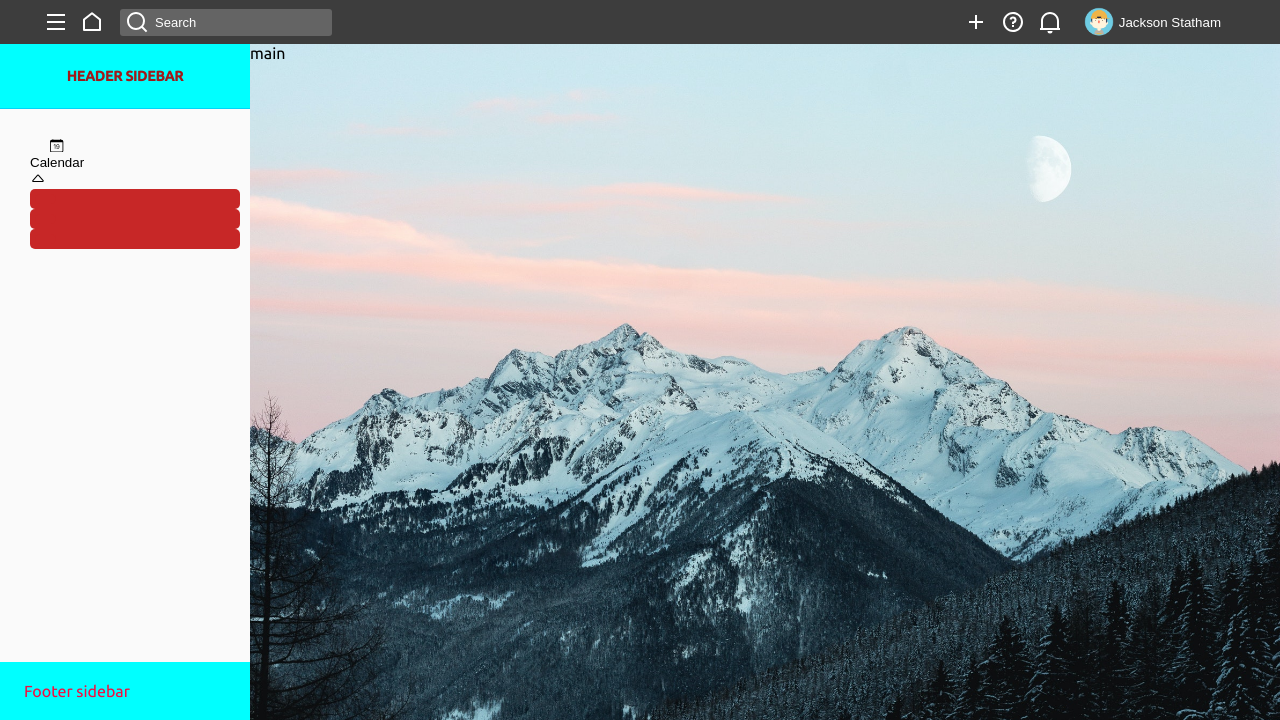
Repository: huuthe1999/to-do-list
Page: /
The author's editor kept a copy of each file at every save. The page is drawn from the files as they stood at one save, then again after the next save.
The browser window is 1280 px wide. The pictures show the whole page.
The project was rebuilt for these pictures with package versions that can differ from the ones it lists, and the page was loaded fresh each time. Also part of the build but not shown: src/components/form/addForm/addForm.scss, src/components/form/addForm/AddForm.js, src/components/modal/modal.scss, src/components/modal/Modal.js.

Above is the page before, as saved 2022-02-17 14:01:24.

### public/index.html
<!DOCTYPE html>
<html lang="en">
	<head>
		<meta charset="utf-8" />
		<link rel="icon" href="%PUBLIC_URL%/favicon.ico" />
		<meta name="viewport" content="width=device-width, initial-scale=1" />
		<meta name="theme-color" content="#000000" />
		<meta
			name="description"
			content="Web site created using create-react-app"
		/>
		<link rel="apple-touch-icon" href="%PUBLIC_URL%/logo192.png" />
		<!--
      manifest.json provides metadata used when your web app is installed on a
      user's mobile device or desktop. See https://developers.google.com/web/fundamentals/web-app-manifest/
    -->
		<link rel="manifest" href="%PUBLIC_URL%/manifest.json" />
		<!--
      Notice the use of %PUBLIC_URL% in the tags above.
      It will be replaced with the URL of the `public` folder during the build.
      Only files inside the `public` folder can be referenced from the HTML.

      Unlike "/favicon.ico" or "favicon.ico", "%PUBLIC_URL%/favicon.ico" will
      work correctly both with client-side routing and a non-root public URL.
      Learn how to configure a non-root public URL by running `npm run build`.
    -->
		<title>React Redux App</title>
	</head>
	<body>
		<noscript>You need to enable JavaScript to run this app.</noscript>
		<div id="modal"></div>
		<div id="root"></div>
		<!--
      This HTML file is a template.
      If you open it directly in the browser, you will see an empty page.

      You can add webfonts, meta tags, or analytics to this file.
      The build step will place the bundled scripts into the <body> tag.

      To begin the development, run `npm start` or `yarn start`.
      To create a production bundle, use `npm run build` or `yarn build`.
    --></body>
</html>

### src/index.js
import React from 'react';
import ReactDOM from 'react-dom';
import { Provider } from 'react-redux';
import App from './App';
import { store } from './app/store';

ReactDOM.render(
	<React.StrictMode>
		<Provider store={store}>
			<App />
		</Provider>
	</React.StrictMode>,
	document.getElementById('root'),
);

### src/App.js
import React from 'react';
// import { Counter } from './features/counter/Counter';
import './App.scss';
import Main from './components/main/Main';
import SideBar from './components/sideBar/SideBar';
import TopBar from './components/topBar/TopBar';
function App() {
	return (
		<div className='app'>
			<TopBar />
			<div className='container'>
				<SideBar />
				<Main />
			</div>
		</div>
	);
}

export default App;

### src/App.scss
@import url('https://fonts.googleapis.com/css2?family=Ubuntu:wght@300;400;500&display=swap');
*,
*::before,
*::after {
	margin: 0;
	padding: 0;
	box-sizing: border-box;
}

:root {
	--icon-color: #fff;
	--icon-size: 40px;

	--bg: rgb(53, 42, 42);
	--bg-input: hsla(0, 0%, 100%, 0.2);
	// Header
	--hd-text-color: #ffffff;
	--hd-icon-color-hover: #202020;
}

.app {
	font-family: 'Ubuntu', sans-serif;
	font-size: 16px;
	width: 100vw;
	height: 100vh;
	background-color: var(--bg);
	overflow: hidden;
}

.container {
	display: flex;
	height: calc(100% - 44px);
}

button {
	border: none;
	outline: none;
	cursor: pointer;
	background-color: transparent;
}

a {
	text-decoration: none;
}

ul {
	list-style-type: none;
}

### src/components/main/Main.js
import './main.scss';

const Main = () => {
	return <div className='main'>main</div>;
};

export default Main;

### src/components/sideBar/SideBar.js
import Calendar from '../calendar/Calendar';
import './sideBar.scss';

const SideBar = () => {
	return (
		<div className='sidebar'>
			<div className='sidebar__inner'>
				<div className='sidebar__layout'>
					<div className='sidebar__layout-header'>
						<p>Header sidebar</p>
					</div>
					<div className='sidebar__layout-content'>
						<Calendar />
					</div>
					<div className='sidebar__layout-footer'>Footer sidebar</div>
				</div>
			</div>
		</div>
	);
};

export default SideBar;

### src/components/topBar/TopBar.js
import { useState } from 'react';
import {
	RiAddLine,
	RiHomeLine,
	RiMenuLine,
	RiNotification2Line,
	RiQuestionLine,
	RiSearchLine,
} from 'react-icons/ri';
import Avatar from '../../assets/images/avatar.png';
import AddForm from '../form/addForm/AddForm';
import Modal from '../modal/Modal';
import './topbar.scss';
const TopBar = () => {
	const [modal, setShowModal] = useState(false);
	return (
		<header className='topbar'>
			<div className='topbar__inner'>
				<div className='topbar__inner-leftControl'>
					<button className='topbar__button leftControl'>
						<RiMenuLine className='topbar__button-icon' />
					</button>

					<button className='topbar__button leftControl'>
						<RiHomeLine className='topbar__button-icon' />
					</button>
					<div className='topbar__inner-leftControl-search'>
						<RiSearchLine className='topbar__button-icon topbar__button-icon-search' />
						<input type='text' placeholder='Search' />
					</div>
				</div>
				<div className='topbar__inner-rightControl'>
					<Modal showModal={modal} setShowModal={setShowModal}>
						<AddForm setShowModal={setShowModal} />
					</Modal>
					<button className='topbar__button rightControl'>
						<RiAddLine
							className='topbar__button-icon'
							onClick={() => setShowModal(true)}
						/>
					</button>
					<button className='topbar__button rightControl'>
						<RiQuestionLine className='topbar__button-icon' />
					</button>
					<button className='topbar__button rightControl'>
						<RiNotification2Line className='topbar__button-icon' />
					</button>
					<button className='topbar__button info'>
						<img src={Avatar} alt='avatar' />
						<p>Jackson Statham</p>
					</button>
				</div>
			</div>
		</header>
	);
};

export default TopBar;

### src/features/counter/counterSlice.js
import { createAsyncThunk, createSlice } from '@reduxjs/toolkit';
import { fetchCount } from './counterAPI';

const initialState = {
  value: 0,
  status: 'idle',
};

// The function below is called a thunk and allows us to perform async logic. It
// can be dispatched like a regular action: `dispatch(incrementAsync(10))`. This
// will call the thunk with the `dispatch` function as the first argument. Async
// code can then be executed and other actions can be dispatched. Thunks are
// typically used to make async requests.
export const incrementAsync = createAsyncThunk(
  'counter/fetchCount',
  async (amount) => {
    const response = await fetchCount(amount);
    // The value we return becomes the `fulfilled` action payload
    return response.data;
  }
);

export const counterSlice = createSlice({
  name: 'counter',
  initialState,
  // The `reducers` field lets us define reducers and generate associated actions
  reducers: {
    increment: (state) => {
      // Redux Toolkit allows us to write "mutating" logic in reducers. It
      // doesn't actually mutate the state because it uses the Immer library,
      // which detects changes to a "draft state" and produces a brand new
      // immutable state based off those changes
      state.value += 1;
    },
    decrement: (state) => {
      state.value -= 1;
    },
    // Use the PayloadAction type to declare the contents of `action.payload`
    incrementByAmount: (state, action) => {
      state.value += action.payload;
    },
  },
  // The `extraReducers` field lets the slice handle actions defined elsewhere,
  // including actions generated by createAsyncThunk or in other slices.
  extraReducers: (builder) => {
    builder
      .addCase(incrementAsync.pending, (state) => {
        state.status = 'loading';
      })
      .addCase(incrementAsync.fulfilled, (state, action) => {
        state.status = 'idle';
        state.value += action.payload;
      });
  },
});

export const { increment, decrement, incrementByAmount } = counterSlice.actions;

// The function below is called a selector and allows us to select a value from
// the state. Selectors can also be defined inline where they're used instead of
// in the slice file. For example: `useSelector((state: RootState) => state.counter.value)`
export const selectCount = (state) => state.counter.value;

// We can also write thunks by hand, which may contain both sync and async logic.
// Here's an example of conditionally dispatching actions based on current state.
export const incrementIfOdd = (amount) => (dispatch, getState) => {
  const currentValue = selectCount(getState());
  if (currentValue % 2 === 1) {
    dispatch(incrementByAmount(amount));
  }
};

export default counterSlice.reducer;

### src/components/main/main.scss
.main {
	width: 100%;
	height: 100%;
	background-image: url(../../assets/images/bg_main.jpg);
	background-repeat: no-repeat;
	background-size: cover;
	overflow-y: auto;
}

### src/components/calendar/Calendar.js
import React from 'react';
import { BsCalendarDate, BsCaretUp } from 'react-icons/bs';
import CalendarItem from './calendarItem/CalendarItem';

const calendarList = [
	{ id: 1, name: 'Today' },
	{ id: 2, name: 'Tomorrow' },
	{ id: 3, name: 'Next Week' },
];
const Calendar = () => {
	return (
		<div className='calendar'>
			<div className='calendar__header'>
				<button className='calendar__header--title'>
					<BsCalendarDate />
					<p>Calendar</p>
				</button>
				<div className='calendar__header--expand'>
					<span>
						<BsCaretUp />
					</span>
				</div>
			</div>
			<div className='calendar__content'>
				<div className='calendar__content--wrapper'>
					<div className='calendar__content--wrapper--inner'>
						<ul className='calendar__content--list'>
							{calendarList.map(({ id, name }) => (
								<CalendarItem key={id} name={name} />
							))}
						</ul>
					</div>
				</div>
			</div>
		</div>
	);
};

export default Calendar;

### src/components/sideBar/sideBar.scss
.sidebar {
	position: relative;
	z-index: 109;
	height: 100%;
	background-color: aqua;
	min-width: 250px;
	width: 300px;
	transition: all 0.3s cubic-bezier(0.4, 0, 0.2, 1);

	&__inner {
		height: 100%;
		position: relative;
		z-index: 101;
	}

	&__layout {
		height: 100%;
		overflow-y: auto;
		overflow-x: hidden;
		display: flex;
		flex-direction: column;
		position: relative;
		z-index: 101;

		&-header {
			border-bottom: 1px solid rgba(8, 41, 228, 0.2);

			p {
				text-align: center;
				color: rgb(160, 25, 25);
				padding: 24px;
				font-weight: bold;
				font-size: 14px;
				text-transform: uppercase;
			}
		}

		&-content {
			flex-grow: 1;
			padding: 30px 10px 30px 30px;
			background-color: #fafafa;
		}

		&-footer {
			padding: 20px 24px;
			color: rgb(245, 12, 62);
		}
	}
}

### src/components/topBar/topbar.scss
.topbar {
	display: flex;
	justify-content: center;
	align-items: center;
	background-color: #3d3d3d;
	flex-shrink: 0;
	padding: 0px 42px;
	font-size: 13px;
	color: #202020;
	height: 44px;

	&__inner {
		display: flex;
		justify-content: space-between;
		background-color: transparent;
		width: 100%;
		height: 100%;

		&-leftControl {
			display: flex;
			align-items: center;
			justify-content: flex-start;

			&-search {
				display: flex;
				align-items: center;
				position: relative;
				margin-left: 6px;

				&:hover {
					input {
						background-color: var(--hd-text-color);
						&::placeholder {
							color: var(--hd-icon-color-hover);
						}
					}
					* {
						color: var(--hd-icon-color-hover);
					}
				}

				input {
					font-size: 13px;
					color: var(--hd-text-color);
					background-color: var(--bg-input);
					outline: 0;
					border-radius: 3px;
					border: 1px solid transparent;
					padding: 5px 0 5px 34px;
					transition: all 0.15s cubic-bezier(0.4, 0, 0.2, 0.1);
					transition-property: background-color;

					&::placeholder {
						color: var(--hd-text-color);
					}
				}
			}
		}

		&-rightControl {
			display: flex;
			align-items: center;
			height: 44px;
			padding: 0px 12px;

			img {
				width: 100%;
				height: 100%;
			}
		}
	}

	&__button {
		display: flex;
		justify-content: center;
		align-items: center;
		border-radius: 3px;

		&:hover {
			background-color: var(--bg-input);
		}

		&.leftControl {
			height: 28px;
			min-width: 28px;
			margin-right: 8px;
		}

		&.rightControl {
			height: 32px;
			min-width: 32px;
			margin-left: 5px;
		}

		&.info {
			height: 100%;
			color: var(--hd-text-color);
			margin-left: 8px;
			padding: 0px 5px;
			img {
				width: 40px;
				height: 40px;
			}
		}
		&-icon {
			font-size: 24px;
			color: var(--icon-color);

			&-search {
				position: absolute;
				left: 5px;
				top: 50%;
				transform: translateY(-50%);
				color: var(--icon-color);
			}
		}
	}
}

### src/components/calendar/calendarItem/CalendarItem.js
import './calendarItem.scss';

const CalendarItem = ({ name }) => {
	return (
		<li className='calendar__content--item'>
			<span className='calendar__content--item-icon'></span>
			<span className='calendar__content--item'></span>
		</li>
	);
};

export default CalendarItem;

### src/components/calendar/calendarItem/calendarItem.scss
.calendar__content--item {
	border-radius: 5px;
	display: flex;
	align-items: center;
	padding: 5px 16px 5px 5px;
	cursor: pointer;
	background-color: rgb(199, 39, 39);
}

Loaded but not shown: src/app/store.js (common file); src/features/counter/counterAPI.js (common file)

After the next save:
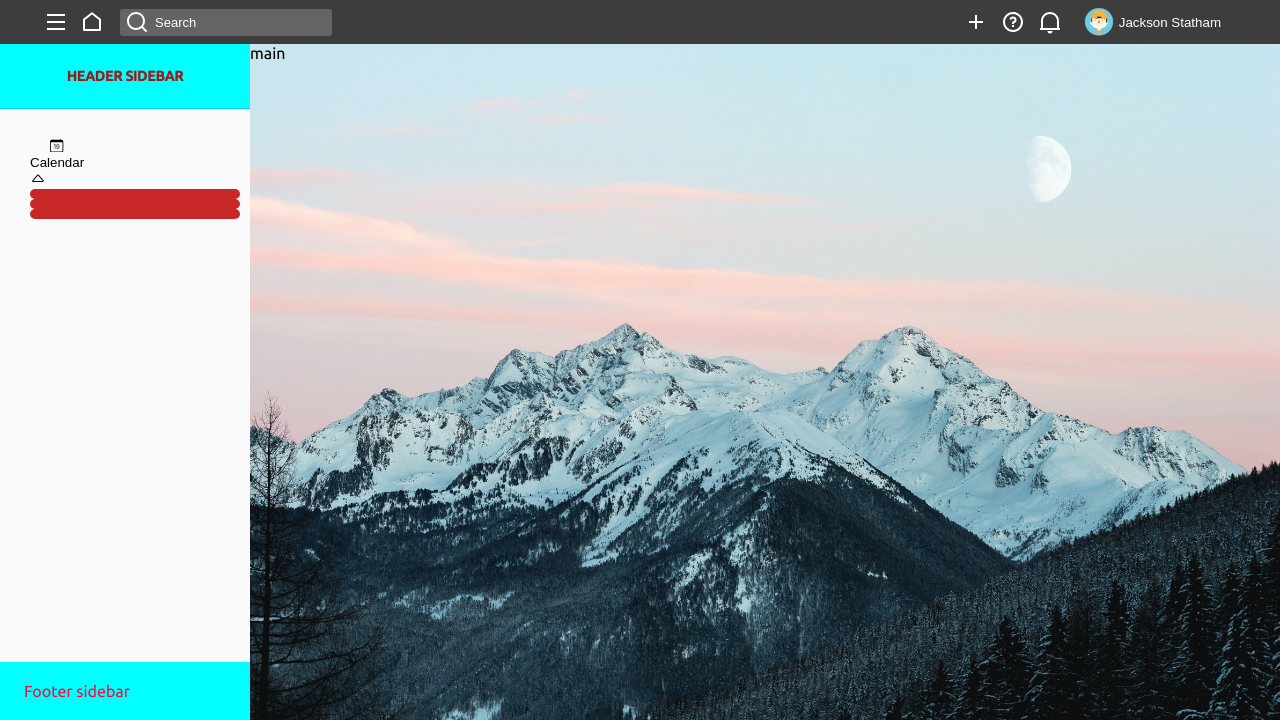
Saved 14 s later.
--- a/src/components/calendar/calendarItem/CalendarItem.js
+++ b/src/components/calendar/calendarItem/CalendarItem.js
@@ -4,7 +4,7 @@ const CalendarItem = ({ name }) => {
 	return (
 		<li className='calendar__content--item'>
 			<span className='calendar__content--item-icon'></span>
-			<span className='calendar__content--item'></span>
+			<span className='calendar__content--item-content'></span>
 		</li>
 	);
 };
